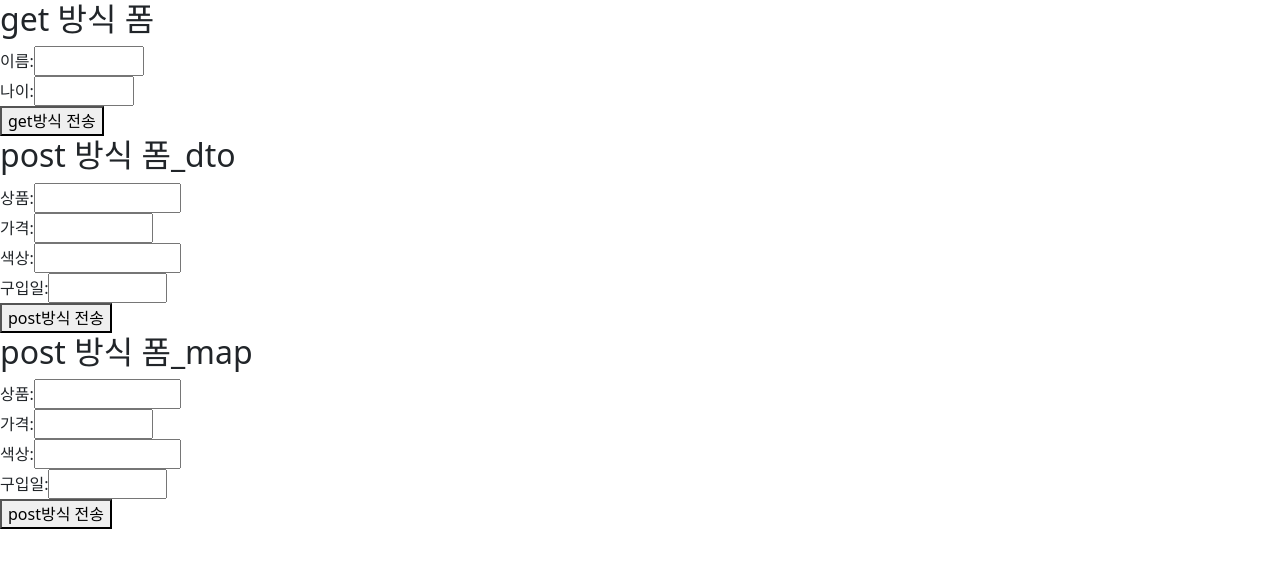
Repository: handongheee/Sist0103Project
Page: http://localhost/SpringMvcEx04/WEB-INF/shop/form01.jsp
The author's editor kept a copy of each file at every save. The page is drawn from the files as they stood at one save, then again after the next save.
The browser window is 1280 px wide. The pictures show the whole page.
Some web fonts or font styles are not loaded; a fallback is used. The page is served by Tomcat 9. Nobody is signed in. Other server files are loaded and not shown. The template is opened directly, without the code that normally fills it, so the values that code supplies are empty.

Above is the page before, as saved 2024-05-02 07:20:45.

### sts3work/SpringMvcEx04/src/main/webapp/WEB-INF/shop/form01.jsp
<%@ page language="java" contentType="text/html; charset=UTF-8"
    pageEncoding="UTF-8"%>
<%@taglib prefix="c" uri="http://java.sun.com/jsp/jstl/core" %>
<%@taglib prefix="fmt"	uri="http://java.sun.com/jsp/jstl/fmt" %>
<!DOCTYPE html>
<html>
<head>
<meta charset="UTF-8">
<script src="https://code.jquery.com/jquery-3.7.0.js"></script>
<script src="https://cdn.jsdelivr.net/npm/bootstrap@5.3.2/dist/js/bootstrap.bundle.min.js"></script>
<link
href="https://fonts.googleapis.com/css2?family=Dongle&family=Gamja+Flower&family=Gowun+Dodum&family=IBM+Plex+Sans+KR&family=Noto+Sans+KR:wght@100..900&display=swap"
rel="stylesheet">
<link href="https://cdn.jsdelivr.net/npm/bootstrap@5.3.2/dist/css/bootstrap.min.css" rel="stylesheet">
<title>Insert title here</title>
</head>
<body>
	<h2>get 방식 폼</h2>
	<form action="read01" method="get">
		이름:<input type="text" name="name" size="6"> <br>
		나이:<input type="text" name="age" size="5"> <br>
		<button type="submit">get방식 전송</button>
	</form>

	<h2>post 방식 폼_dto</h2>
	<form action="read02" method="post">
		상품:<input type="text" name="sang" size="10"> <br>
		가격:<input type="text" name="price" size="7"> <br>
		색상:<input type="text" name="color" size="10"> <br>
		구입일:<input type="text" name="guipday" size="7"> <br>
		<button type="submit">post방식 전송</button>
	</form>

	<h2>post 방식 폼_map</h2>
	<form action="read02" method="post">
		상품:<input type="text" name="sang" size="10"> <br>
		가격:<input type="text" name="price" size="7"> <br>
		색상:<input type="text" name="color" size="10"> <br>
		구입일:<input type="text" name="guipday" size="7"> <br>
		<button type="submit">post방식 전송</button>
	</form>
</body>
</html>

After the next save:
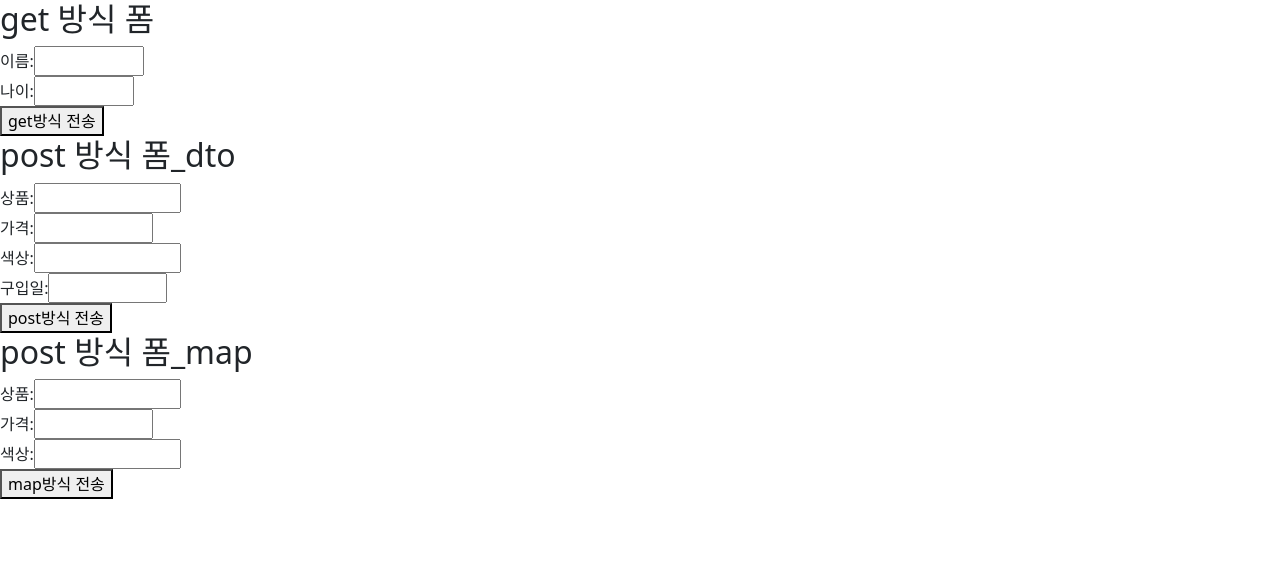
Saved 9 s later.
--- a/sts3work/SpringMvcEx04/src/main/webapp/WEB-INF/shop/form01.jsp
+++ b/sts3work/SpringMvcEx04/src/main/webapp/WEB-INF/shop/form01.jsp
@@ -36,8 +36,7 @@ rel="stylesheet">
 		상품:<input type="text" name="sang" size="10"> <br>
 		가격:<input type="text" name="price" size="7"> <br>
 		색상:<input type="text" name="color" size="10"> <br>
-		구입일:<input type="text" name="guipday" size="7"> <br>
-		<button type="submit">post방식 전송</button>
+		<button type="submit">map방식 전송</button>
 	</form>
 </body>
 </html>
